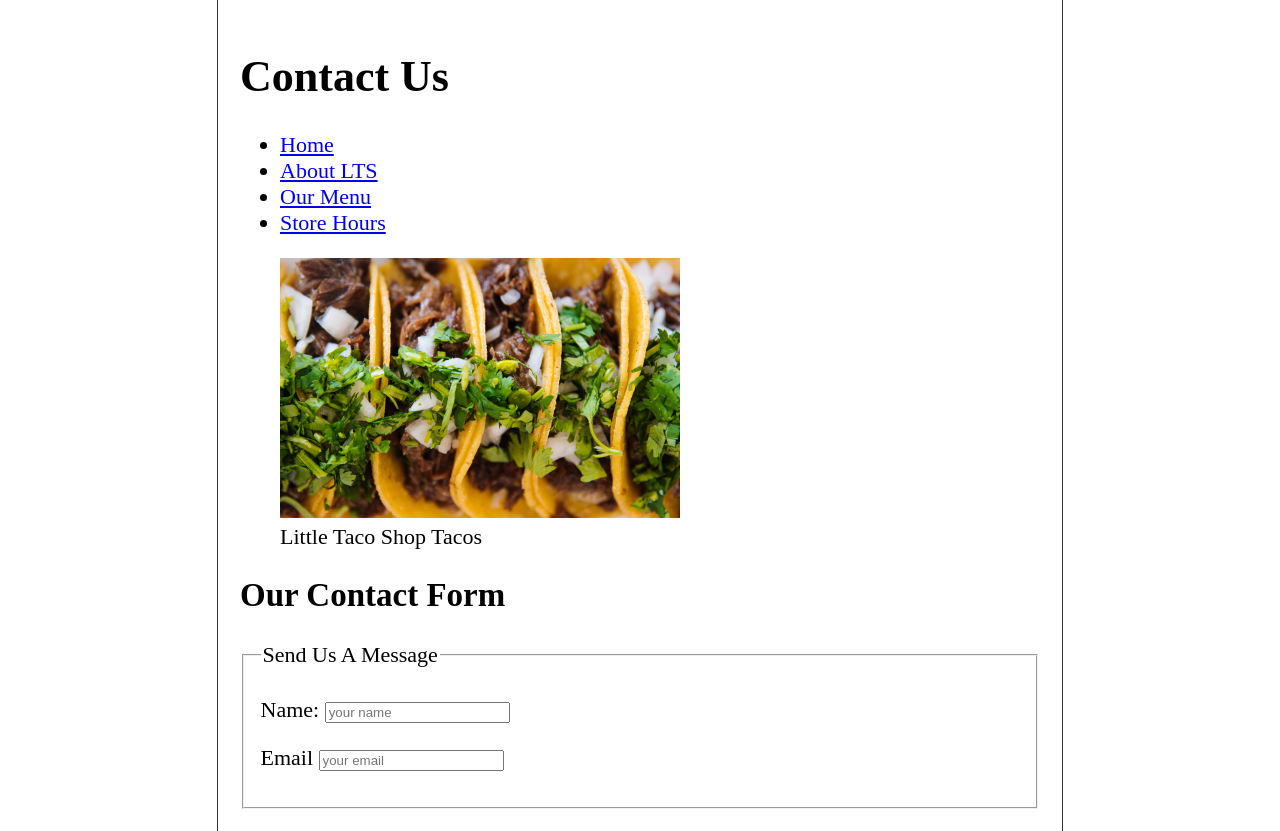
Repository: Israa-Odeh/html-basics-project
Page: contact.html
These files come from the project's save history. The page is drawn as it stood at one moment and after the next save; the edit follows.
The browser window is 1280 px wide. The pictures show the whole page.

Above is the page before, as saved 2024-08-20 03:06:09.

After the next save:
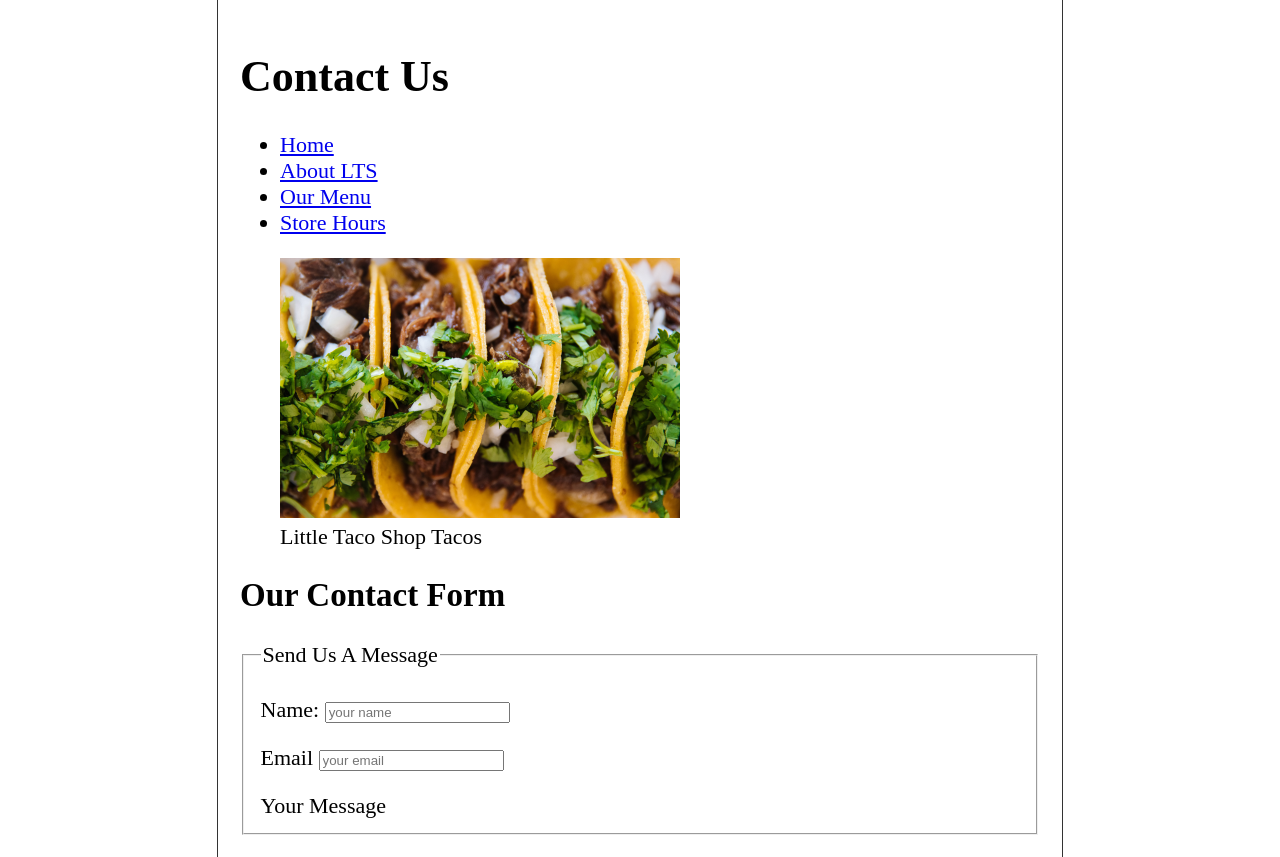
Saved 7 s later.
--- a/contact.html
+++ b/contact.html
@@ -50,7 +50,7 @@
                     <label for="email">Email</label>
                     <input type="email" id="email" name="email" placeholder="your email" required autocomplete="email">
                 </p>
-                <label for="message"></label>
+                <label for="message">Your Message</label>
             </fieldset>
         </form>
 
